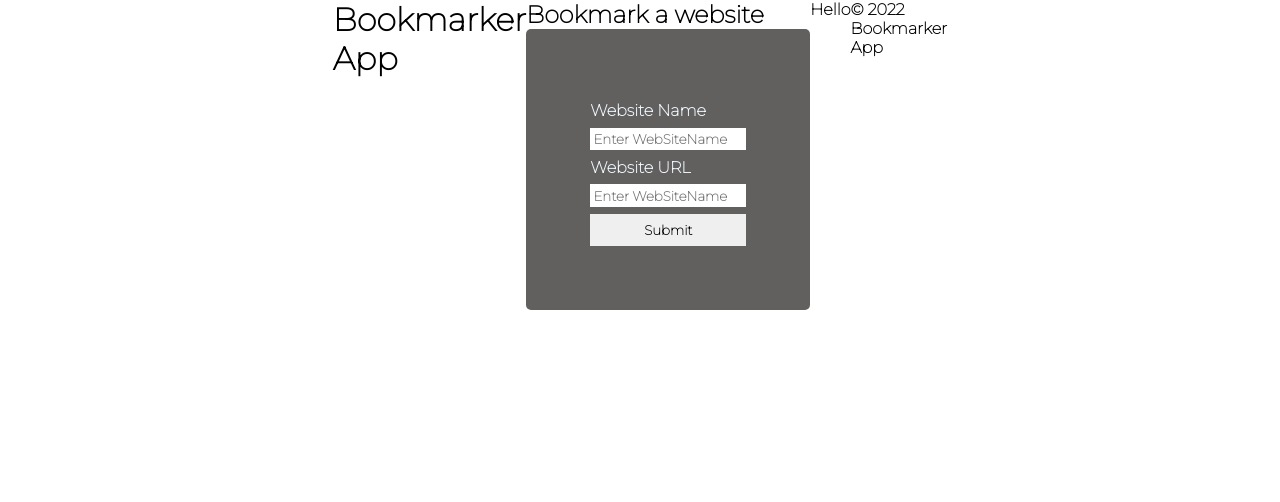
Repository: Suporl9/BookMarkerApp
Page: index.html
The author's editor kept a copy of each file at every save. The page is drawn from the files as they stood at one save, then again after the next save.
The browser window is 1280 px wide. The pictures show the whole page.

Above is the page before, as saved 2021-11-21 21:06:19.

### index.html
<!DOCTYPE html>
<html lang="en">
  <head>
    <meta charset="UTF-8" />
    <meta http-equiv="X-UA-Compatible" content="IE=edge" />
    <meta name="viewport" content="width=device-width, initial-scale=1.0" />
    <link rel="stylesheet" href="./style.css" />
    <title>Document</title>
  </head>
  <body>
    <div class="container">
      <div class="innerContainer">
        <div class="ininContainer">
          <div class="bookmarkerSection"><h1>Bookmarker App</h1></div>
          <div class="vh"></div>
          <div class="formInput">
            <form class="formSec">
              <h2>Bookmark a website</h2>
              <div class="sitesec">
                <label class="labc" name="siteName">Website Name</label>
                <input
                  type="text"
                  name="sitename"
                  placeholder="Enter WebSiteName"
                  class="inpClass"
                />
                <label class="labc" name="siteName">Website URL</label>
                <input
                  type="text"
                  name="sitename"
                  class="inpClass"
                  placeholder="Enter WebSiteName"
                />
                <button class="submBtn">Submit</button>
              </div>
            </form>
          </div>
          <div class="toBeAdded">Hello</div>
          <footer class="footer">
            <p>&copy; 2022 Bookmarker App</p>
          </footer>
        </div>
      </div>
    </div>
  </body>
</html>

### style.css
@import url("https://fonts.googleapis.com/css2?family=Montserrat:wght@100&display=swap");

:root {
  --main-bg-color: rgb(255, 255, 255);
  --main-grey: rgb(97, 96, 95);
}
* {
  font-family: "Montserrat", sans-serif;
  box-sizing: border-box; /* includes padding in height and width(the box outside doesnot get bigger when adding padding and stuff)*/
  margin: 0;
  padding: 0;
  font-weight: bold;
  border: none;
}
body {
  width: 80%;
  margin: auto;
}
.container {
  font-family: "Montserrat", sans-serif;

  display: flex;
  justify-content: center;
}
.innerContainer {
  /* display: flex;
  flex-direction: column; */
  width: 50%;
  margin: auto;
  /* justify-content: center;
  align-self: center; */
}
.ininContainer {
  display: flex;
  /* flex-direction: column; */
  align-content: center;
  justify-content: center;
}
.formSec {
  display: flex;
  flex-direction: column;
  /* width: 0%; */
}
.sitesec {
  display: flex;
  flex-direction: column;
  background-color: var(--main-grey);
  padding: 4rem;
  border-radius: 5px;
  color: aliceblue;
}
.submBtn {
  margin-top: 5%;
  padding: 0.5rem;
}
.inpClass {
  margin-top: 5%;
  padding: 2%;
}
.labc {
  margin-top: 5%;
}
/* .formSec,
.sitesec {
  display: flex;
  flex-direction: column;
} */
/* .sitesec {
  display: flex;
  flex-direction: column;
}
 */

After the next save:
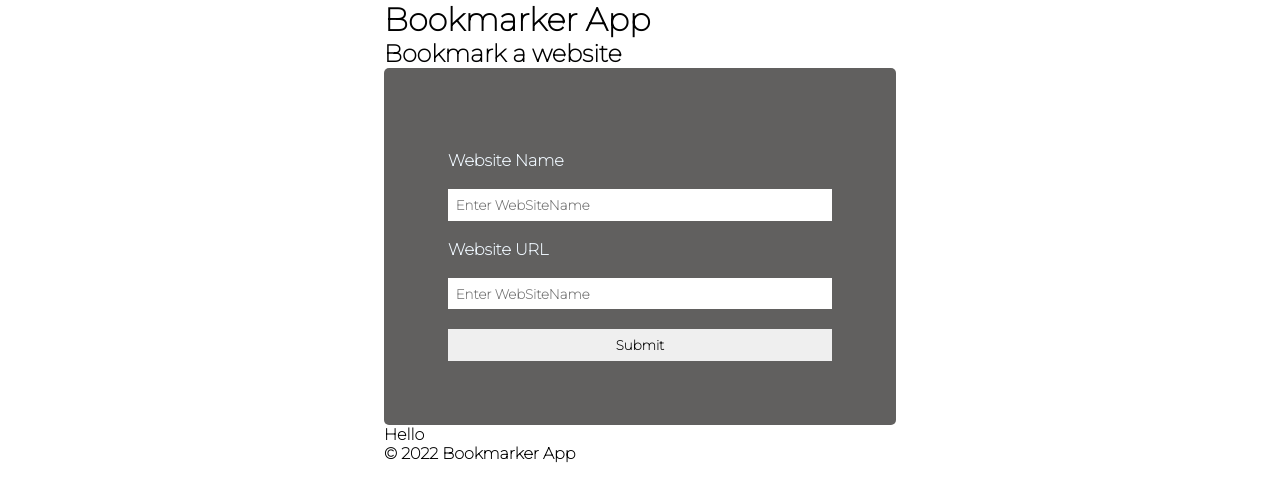
Saved 39 s later.
--- a/style.css
+++ b/style.css
@@ -32,9 +32,9 @@ body {
 }
 .ininContainer {
   display: flex;
-  /* flex-direction: column; */
-  align-content: center;
-  justify-content: center;
+  flex-direction: column;
+  /* align-content: center;
+  justify-content: center; */
 }
 .formSec {
   display: flex;
